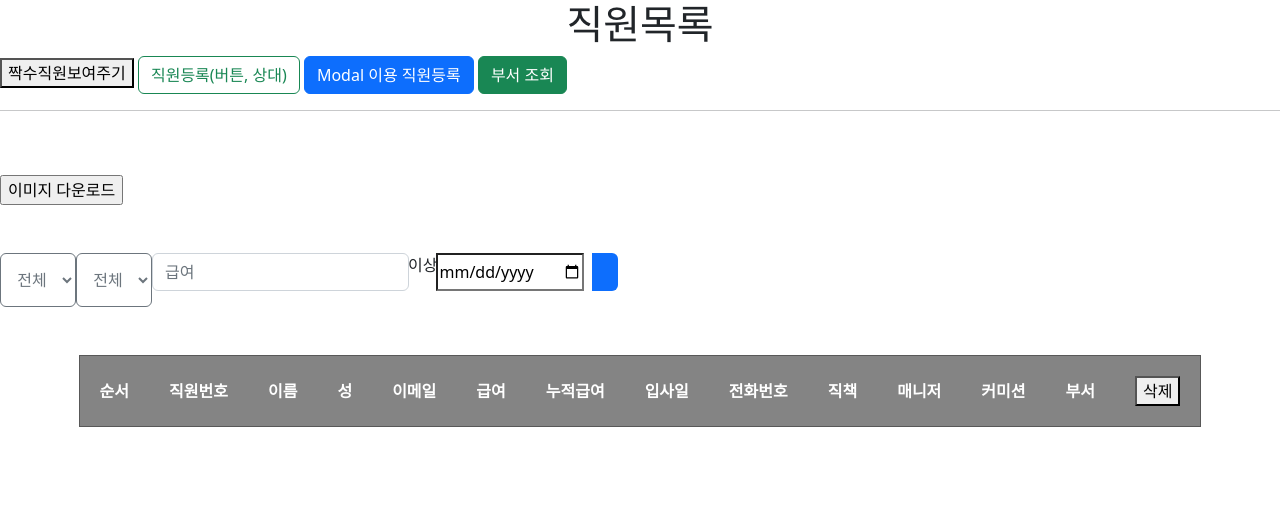
Repository: leessol/spring1
Page: http://localhost/springMVCProject/WEB-INF/views/emp/empSelect.jsp
An editor plug-in stored every save of this project. The page is shown before and after the next save, followed by the edit.
The browser window is 1280 px wide. The pictures show the whole page.
The page is served by Tomcat 9. Nobody is signed in. The template is opened directly, without the code that normally fills it, so the values that code supplies are empty.

Above is the page before, as saved 2023-05-09 07:31:00.

After the next save:
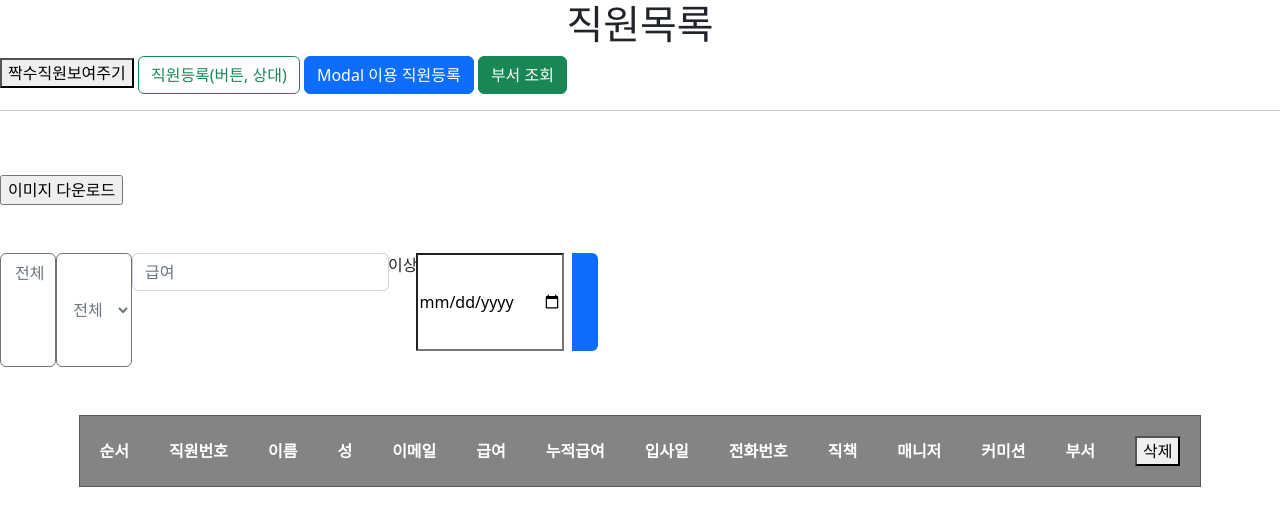
Saved 12 min 26 s later.
--- a/springMVCProject/src/main/webapp/WEB-INF/views/emp/empSelect.jsp
+++ b/springMVCProject/src/main/webapp/WEB-INF/views/emp/empSelect.jsp
@@ -128,7 +128,7 @@ tr th {
 		<div>
 		<form class="form-inline justify-content-center my-5" >
 				<div class="d-flex">
-					<select id="deptid"
+					<select id="deptid" multiple="multiple"
 						class="btn btn-outline-secondary">
 						<option value="0">전체</option>
 						<c:forEach items="${deptList}" var="dept" varStatus="status">
